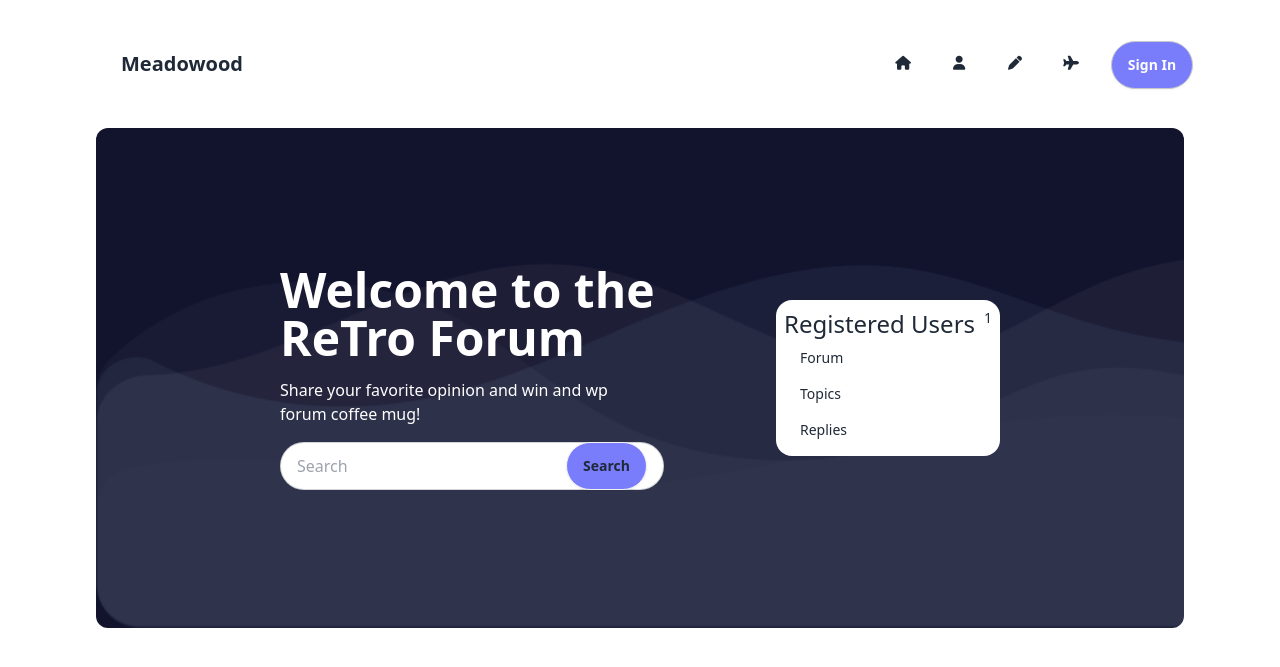
Repository: RudrasahaDibos/Meadowood-Forum
Page: index.html
These files come from the project's save history. The page is drawn as it stood at one moment and after the next save; the edit follows.
The browser window is 1280 px wide. The pictures show the whole page.
Some web libraries are served in a nearby version.

Above is the page before, as saved 2024-11-24 12:53:50.

After the next save:
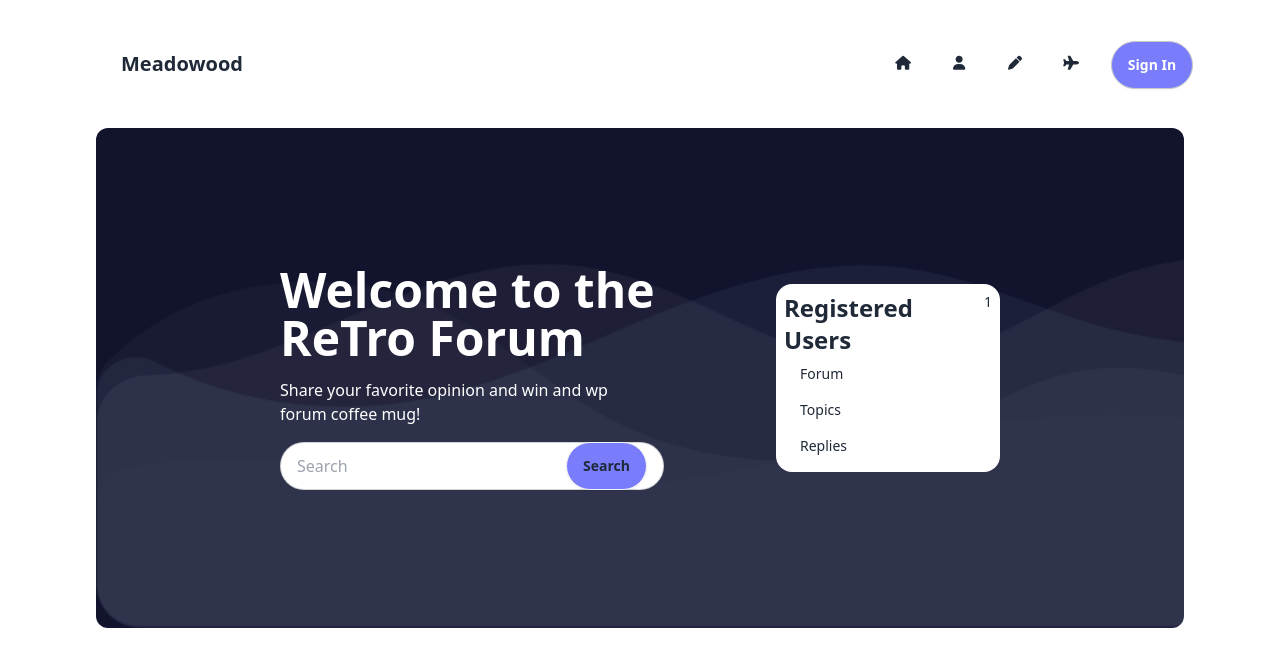
Saved 4 s later.
--- a/index.html
+++ b/index.html
@@ -85,7 +85,7 @@
                    <div>
                     <ul class="menu bg-[#FFFFFF] rounded-box w-56">
 
-                        <div class="flex justify-between"><a class="text-2xl ">Registered Users</a><a>1</a></div>
+                        <div class="flex justify-between"><a class="text-2xl font-bold">Registered Users</a><a>1</a></div>
                         <li><a>Forum</a></li>
                         <li><a>Topics</a></li>
                         <li><a>Replies</a></li>
